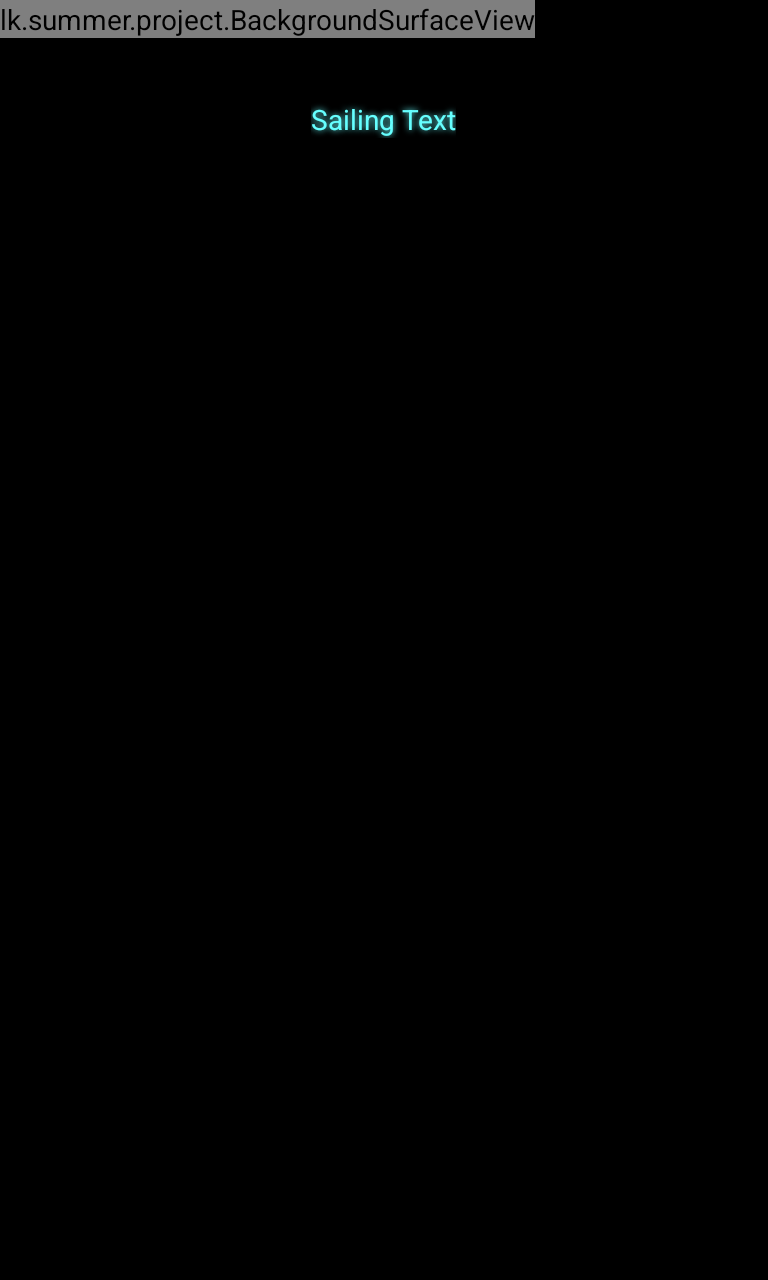
Repository: zwycid/dimension-drive-downside
Layout: lk/gameUIDesign/res/layout/activity_main.xml
An editor plug-in stored every save of this project. The layout is shown before and after the next save, followed by the edit.
Pictures or frames that could not be fetched are drawn as grey boxes. It is drawn on a 768 x 1280 px phone screen (xhdpi) without system bars, with theme AppTheme; the app's code is not run.

Above is the layout before, as saved 2012-07-10 15:26:47.

### lk/gameUIDesign/res/layout/activity_main.xml
<?xml version="1.0" encoding="utf-8"?>
<FrameLayout xmlns:android="http://schemas.android.com/apk/res/android"
    android:layout_width="fill_parent"
    android:layout_height="fill_parent"
    android:background="#000000"
    android:orientation="vertical" >

    <lk.summer.project.BackgroundSurfaceView
        android:id="@+id/BackgroundSurfaceView"
        android:layout_width="wrap_content"
        android:layout_height="wrap_content" />

    <ViewFlipper
        android:id="@+id/viewFlipper"
        android:layout_width="match_parent"
        android:layout_height="match_parent" >

        <LinearLayout
            android:id="@+id/MainmeniLinearLayout"
            android:layout_width="match_parent"
            android:layout_height="match_parent"
            android:background="#00000000"
            android:orientation="vertical" >

            <View
                android:id="@+id/view1"
                style="@style/blankView" />

            <TextView
                android:id="@+id/textViewTitle"
                android:text="@string/gameTitle"
                style="@style/TitleText" />

            <View
                android:id="@+id/view2"
                style="@style/blankView" />

            <TextView
                android:id="@+id/textViewStartgame"
                style="@style/ButtonText" />

            <View
                android:id="@+id/view3"
                style="@style/blankView" />

            <TextView
                android:id="@+id/textViewRanking"
                style="@style/ButtonText" />

            <View
                android:id="@+id/view4"
                style="@style/blankView" />

            <TextView
                android:id="@+id/textViewOption"
                style="@style/ButtonText" />
        </LinearLayout>

        <LinearLayout
            android:id="@+id/RankingLinearLayout"
            android:layout_width="match_parent"
            android:layout_height="match_parent"
            android:background="#00000000"
            android:orientation="vertical" >

            <TextView
                android:id="@+id/textViewTitleRanking"
                style="@style/TitleText"
                android:text="Ranking" />
        </LinearLayout>

        <LinearLayout
            android:id="@+id/OptionLinearLayout"
            android:layout_width="match_parent"
            android:layout_height="match_parent"
            android:background="#00000000"
            android:orientation="vertical" >

            <TextView
                android:id="@+id/textViewTitleOption"
                style="@style/TitleText"
                android:text="Option" />
        </LinearLayout>
    </ViewFlipper>

</FrameLayout>

### lk/gameUIDesign/res/values/styles.xml
<resources xmlns:android="http://schemas.android.com/apk/res/android">

    <style name="AppTheme" parent="android:Theme.Light" />

    <style name="TitleText">
        <item name="android:layout_width">wrap_content</item>
        <item name="android:layout_height">wrap_content</item>
        <item name="android:layout_gravity">center_horizontal</item>
        <item name="android:textColor">#66ffff</item>
        <item name="android:shadowColor">#66ffff</item>
        <item name="android:shadowDx">0.0</item>
        <item name="android:shadowRadius">5</item>
        <item name="android:shadowDy">0.0</item>
    </style>

    <style name="ButtonText">
        <item name="android:layout_width">wrap_content</item>
        <item name="android:layout_height">wrap_content</item>
        <item name="android:layout_gravity">center_horizontal</item>
        <item name="android:textColor">#66ffff</item>
        <item name="android:shadowColor">#66ffff</item>
        <item name="android:shadowDx">0.0</item>
        <item name="android:shadowRadius">3</item>
        <item name="android:shadowDy">0.0</item>
    </style>

    <style name="blankView">
        <item name="android:id">@+id/view2"</item>
        <item name="android:layout_width">wrap_content</item>
        <item name="android:layout_height">50dp</item>
        <item name="android:visibility">invisible</item>
    </style>

</resources>

### lk/gameUIDesign/res/values/strings.xml
<resources>

    <string name="app_name">ITProject-gameUIDesign</string>
    <string name="hello_world">Hello world!</string>
    <string name="menu_settings">Settings</string>
    <string name="title_activity_main">MainActivity</string>
    <string name="gameTitle">Sailing Text</string>
    <string name="Startgame">Start Game</string>
    <string name="Ranking">Ranking</string>
    <string name="Option">Option</string>

</resources>

After the next save:
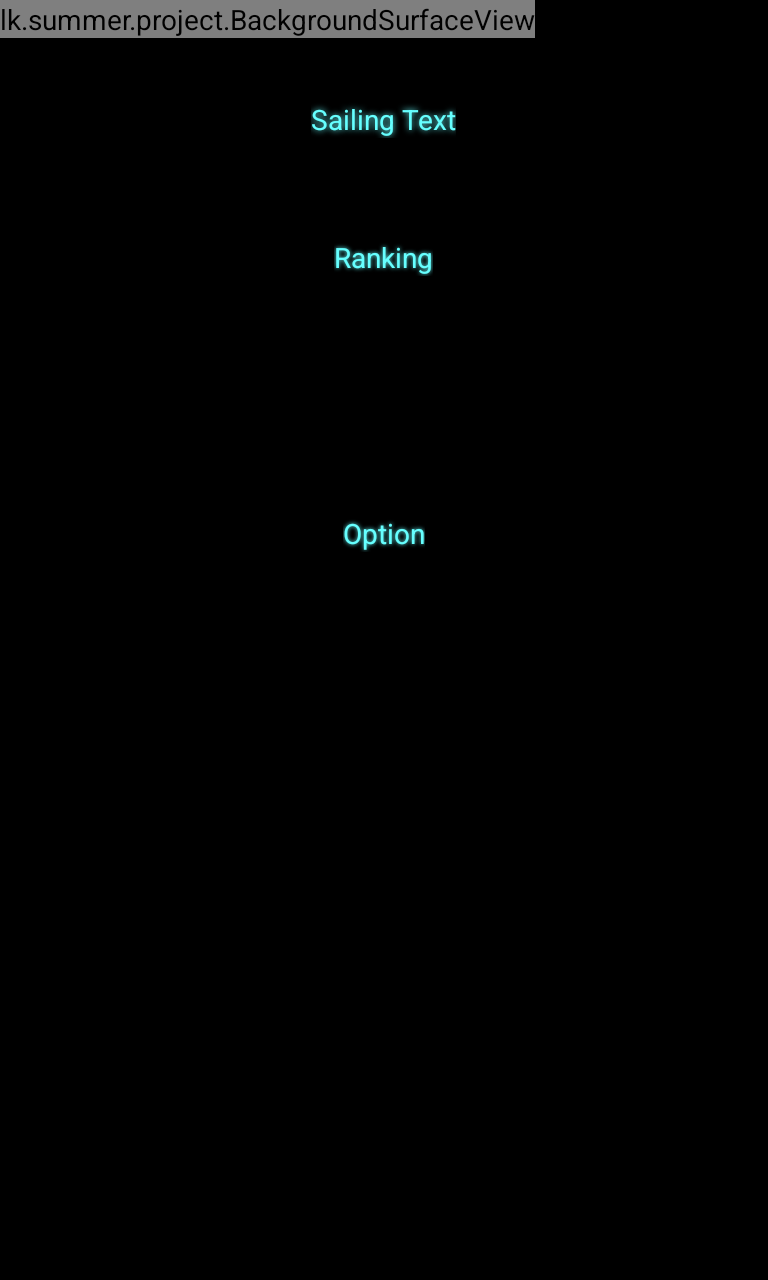
Saved 2 min 47 s later.
--- a/lk/gameUIDesign/res/layout/activity_main.xml
+++ b/lk/gameUIDesign/res/layout/activity_main.xml
@@ -37,6 +37,7 @@
 
             <TextView
                 android:id="@+id/textViewStartgame"
+                android:text="@string/Ranking"
                 style="@style/ButtonText" />
 
             <View
@@ -53,6 +54,7 @@
 
             <TextView
                 android:id="@+id/textViewOption"
+                android:text="@string/Option"
                 style="@style/ButtonText" />
         </LinearLayout>
 
